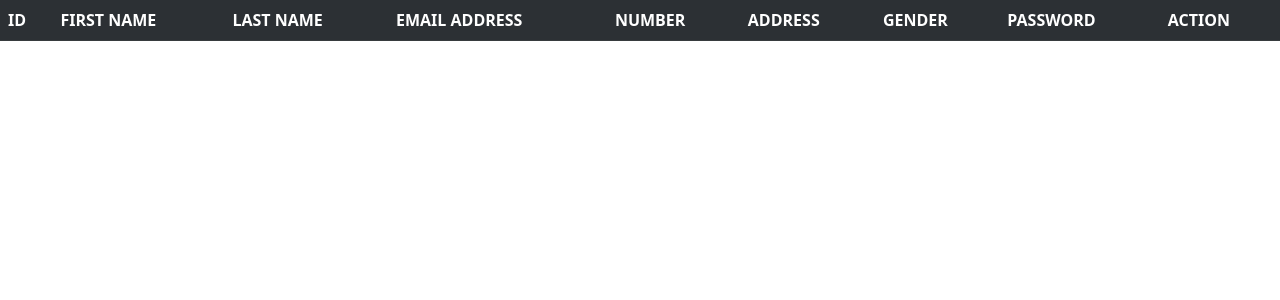
Repository: Rahulkathiriya/java-assignment-and-assesment
Page: http://localhost/web007_assesment_employee_Management_System/viewEmployee
The author's editor kept a copy of each file at every save. The page is drawn from the files as they stood at one save, then again after a run of saves.
The browser window is 1280 px wide. The pictures show the whole page.
The page is served by Tomcat 9. Other server files are loaded and not shown. Queries for data that is not in the repository find no rows.

Above is the page before, as saved 2022-11-17 16:52:33.

### web007_assesment_employee_Management_System/src/main/webapp/viewEmployee.jsp
<%@page import="model.employee"%>
<%@page import="java.util.ArrayList"%>
<%@ page language="java" contentType="text/html; charset=UTF-8"
	pageEncoding="UTF-8"%>
<!DOCTYPE html>
<html>
<head>
<meta charset="UTF-8">
<!-- CSS only -->
<link
	href="https://cdn.jsdelivr.net/npm/bootstrap@5.2.0/dist/css/bootstrap.min.css"
	rel="stylesheet"
	integrity="sha384-gH2yIJqKdNHPEq0n4Mqa/HGKIhSkIHeL5AyhkYV8i59U5AR6csBvApHHNl/vI1Bx"
	crossorigin="anonymous">
<!-- <-- JavaScript Bundle with Popper -->
<script
	src="https://cdn.jsdelivr.net/npm/bootstrap@5.2.0/dist/js/bootstrap.bundle.min.js"
	integrity="sha384-A3rJD856KowSb7dwlZdYEkO39Gagi7vIsF0jrRAoQmDKKtQBHUuLZ9AsSv4jD4Xa"
	crossorigin="anonymous"></script>

<!-- font-Awesome -->
<link rel="stylesheet"
	href="https://cdnjs.cloudflare.com/ajax/libs/font-awesome/6.2.1/css/all.min.css"
	integrity="sha512-MV7K8+y+gLIBoVD59lQIYicR65iaqukzvf/nwasF0nqhPay5w/9lJmVM2hMDcnK1OnMGCdVK+iQrJ7lzPJQd1w=="
	crossorigin="anonymous" referrerpolicy="no-referrer" />
<!--  	j-Queary cdn -->
<script
	src="https://cdnjs.cloudflare.com/ajax/libs/jquery/3.6.1/jquery.min.js"
	integrity="sha512-aVKKRRi/Q/YV+4mjoKBsE4x3H+BkegoM/em46NNlCqNTmUYADjBbeNefNxYV7giUp0VxICtqdrbqU7iVaeZNXA=="
	crossorigin="anonymous" referrerpolicy="no-referrer"></script>
<title>Employee List</title>
</head>
<body>

	<div class="contaier-fluid">

		<table class="table table-dark table-striped">

			<tr>

				<th>ID</th>
				<th>FIRST NAME</th>
				<th>LAST NAME</th>
				<th>EMAIL ADDRESS</th>
				<th>NUMBER</th>
				<th>ADDRESS</th>
				<th>GENDER</th>
				<th>PASSWORD</th>
				<th colspan="2">ACTION</th>
			</tr>


			<%
			ArrayList<employee> al = (ArrayList) request.getAttribute("data");
			for (employee e : al) {
			%>

			<tr>

				<td><%=e.getId()%></td>
				<td><%=e.getFname()%></td>
				<td><%=e.getLname()%></td>
				<td><%=e.getEmail()%></td>
				<td><%=e.getNumber()%></td>
				<td><%=e.getAddress()%></td>
				<td><%=e.getGender()%></td>
				<td><%=e.getPassword()%></td>
				<td><a href="update?uid=<%=e.getId()%>&&action=update"
					class="btn btn-primary"><i class="fa-solid fa-pen"></i></a></td>
				<td><a href="update?uid=<%=e.getId()%>&&action=delete"
					class="btn btn-danger"><i class="fa-solid fa-trash"></i></a></td>

			</tr>



			<%
			}
			%>




		</table>

	</div>








</body>
</html>

### web007_assesment_employee_Management_System/src/main/java/controller/viewEmployee.java
package controller;

import java.io.IOException;
import javax.servlet.ServletException;
import javax.servlet.annotation.WebServlet;
import javax.servlet.http.HttpServlet;
import javax.servlet.http.HttpServletRequest;
import javax.servlet.http.HttpServletResponse;

import dao.empDao;

/**
 * Servlet implementation class viewEmployee
 */
@WebServlet("/viewEmployee")
public class viewEmployee extends HttpServlet {
	private static final long serialVersionUID = 1L;

	/**
	 * @see HttpServlet#HttpServlet()
	 */
	public viewEmployee() {
		super();
		// TODO Auto-generated constructor stub
	}

	/**
	 * @see HttpServlet#doGet(HttpServletRequest request, HttpServletResponse
	 *      response)
	 */
	protected void doGet(HttpServletRequest req, HttpServletResponse resp) throws ServletException, IOException {

		empDao dao = new empDao();

		req.setAttribute("data", dao.viewAllData());
		req.getRequestDispatcher("viewEmployee.jsp").forward(req, resp);

	}

	/**
	 * @see HttpServlet#doPost(HttpServletRequest request, HttpServletResponse
	 *      response)
	 */
	protected void doPost(HttpServletRequest request, HttpServletResponse response)
			throws ServletException, IOException {
		// TODO Auto-generated method stub
		doGet(request, response);
	}

}

### web007_assesment_employee_Management_System/src/main/java/dao/empDao.java
package dao;

import java.sql.Connection;
import java.sql.DriverManager;
import java.sql.PreparedStatement;
import java.sql.ResultSet;
import java.sql.SQLException;
import java.util.ArrayList;

import model.employee;

public class empDao {
	Connection cn = null;

	public empDao() {

		try {
			Class.forName("com.mysql.cj.jdbc.Driver");
			cn = DriverManager.getConnection("jdbc:mysql://localhost:3306/java", "root", "");
		} catch (ClassNotFoundException | SQLException e) {
			// TODO Auto-generated catch block
			e.printStackTrace();
		}

	}

	public int addEmployee(employee emp) {

		int addEmp = 0;

		try {
			PreparedStatement ps = cn.prepareStatement("insert into employee values(?,?,?,?,?,?,?,?)");
			ps.setInt(1, 0);
			ps.setString(2, emp.getFname());
			ps.setString(3, emp.getLname());
			ps.setString(4, emp.getEmail());
			ps.setString(5, emp.getNumber());
			ps.setString(6, emp.getAddress());
			ps.setString(7, emp.getGender());
			ps.setString(8, emp.getPassword());

			addEmp = ps.executeUpdate();

		} catch (SQLException e) {
			// TODO Auto-generated catch block
			e.printStackTrace();
		}

		return addEmp;
	}

	public ArrayList<employee> viewAllData() {

		ArrayList<employee> al = new ArrayList();

		try {
			PreparedStatement ps = cn.prepareStatement("select * from employee");
			ResultSet rs = ps.executeQuery();
			while (rs.next()) {

				employee e = new employee();

				e.setId(rs.getInt(1));
				e.setFname(rs.getString(2));
				e.setLname(rs.getString(3));
				e.setEmail(rs.getString(4));
				e.setNumber(rs.getString(5));
				e.setAddress(rs.getString(6));
				e.setGender(rs.getString(7));
				e.setPassword(rs.getString(8));

				al.add(e);

			}
		} catch (SQLException e) {
			// TODO Auto-generated catch block
			e.printStackTrace();
		}

		return al;
	}

}

After the next 2 saves:
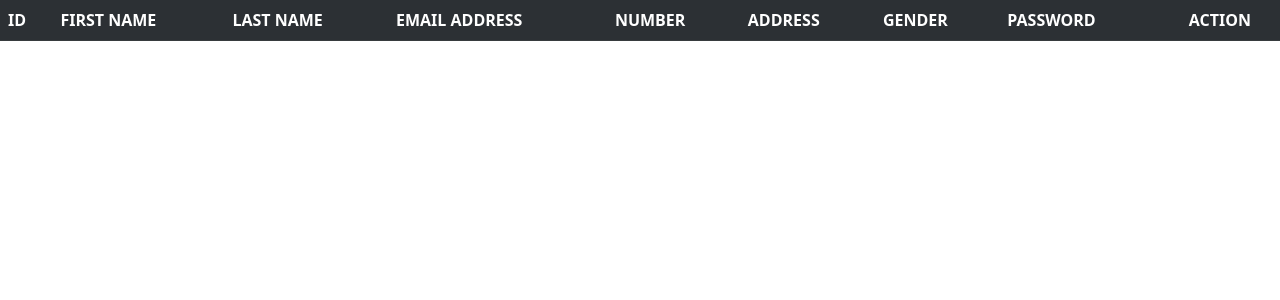
The 2 saves are shown as one change because they came seconds apart.
The last was saved 42 s later.
--- a/web007_assesment_employee_Management_System/src/main/webapp/viewEmployee.jsp
+++ b/web007_assesment_employee_Management_System/src/main/webapp/viewEmployee.jsp
@@ -46,7 +46,7 @@
 				<th>ADDRESS</th>
 				<th>GENDER</th>
 				<th>PASSWORD</th>
-				<th colspan="2">ACTION</th>
+				<th colspan="2" class="text-center">ACTION</th>
 			</tr>
 
 
